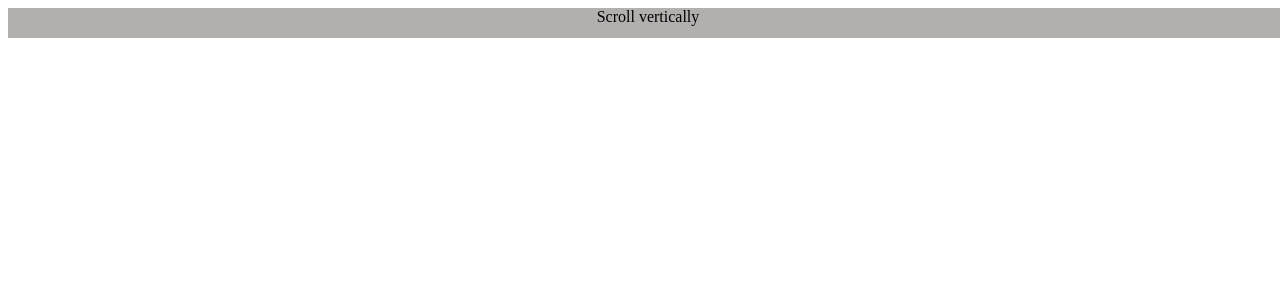
Repository: Sarah7223/internet-programming-tp
Page: TP1/ex10.html
These files come from the project's save history. The page is drawn as it stood at one moment and after the next save; the edit follows.
The browser window is 1280 px wide. The pictures show the whole page.

Above is the page before, as saved 2022-12-26 16:08:22.

After the next save:
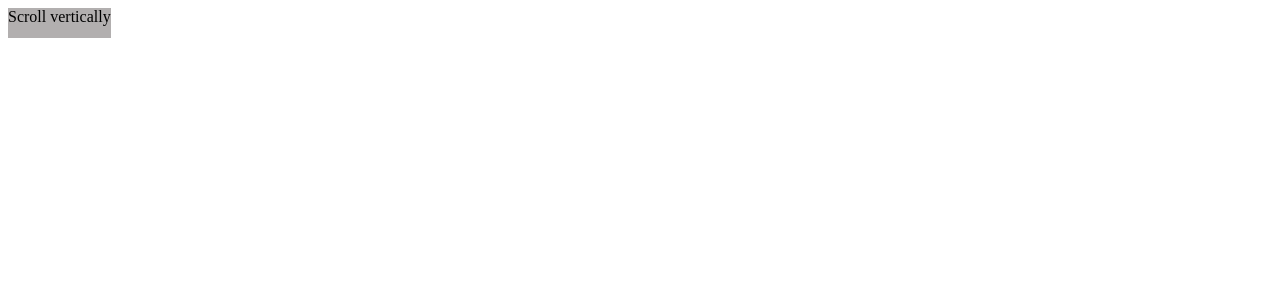
Saved 29 s later.
--- a/TP1/ex10.html
+++ b/TP1/ex10.html
@@ -3,13 +3,14 @@
         <style>
             .box{
                 background-color: green;
+                width: 20%;
             }
             .header{
                 background-color: rgb(178, 175, 175);
                 text-align: center;
                 position: fixed;
                 height: 30px;
-                width: 100%;
+                height: 30px;
 
             }
             .content{

After the save that followed:
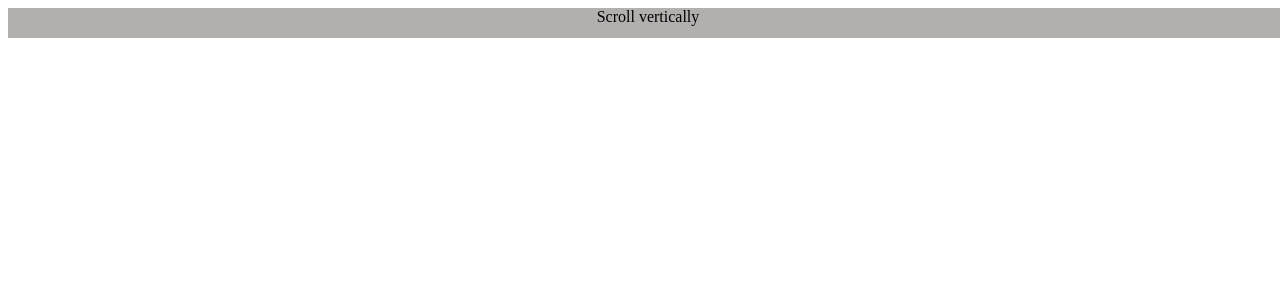
Saved 36 s later.
--- a/TP1/ex10.html
+++ b/TP1/ex10.html
@@ -10,7 +10,7 @@
                 text-align: center;
                 position: fixed;
                 height: 30px;
-                height: 30px;
+                width: 100%;
 
             }
             .content{
